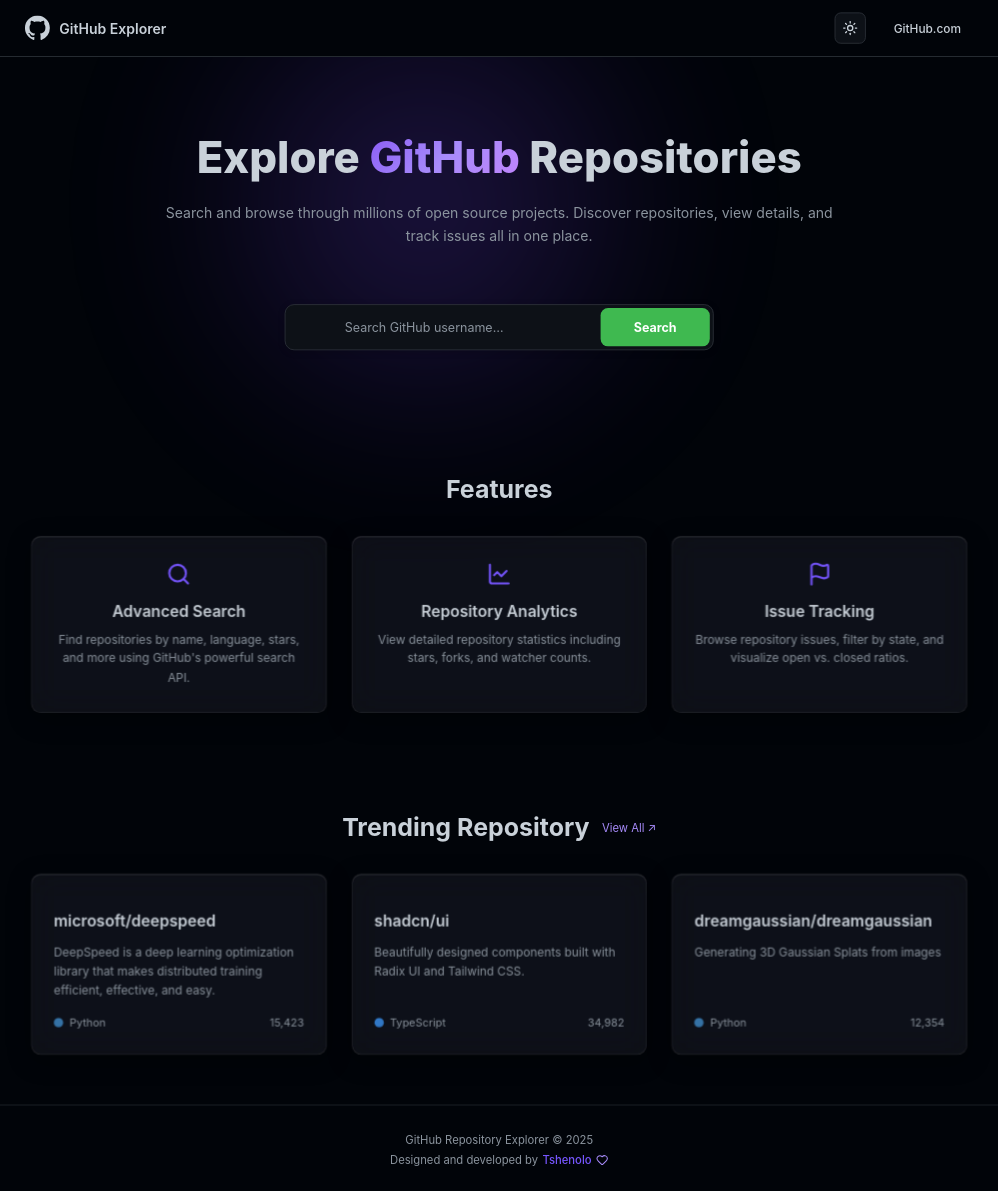
Repository: Tshenolo1994/username-repo
Page: /
These files come from the project's save history. The page is drawn as it stood at one moment and after a run of saves; the edit follows.
The browser window is 1280 px wide. The pictures show the whole page, at 78% of full size.
The project was rebuilt for these pictures with package versions that can differ from the ones it lists, and the page was loaded fresh each time. Also part of the build but not shown: vite.config.ts, src/views/RepoView.vue.

Above is the page before, as saved 2025-10-27 10:11:55.

### index.html
<!doctype html>
<html lang="en">
  <head>
    <meta charset="UTF-8" />
    <link rel="icon" type="image/svg+xml" href="/vite.svg" />
    <meta name="viewport" content="width=device-width, initial-scale=1.0" />
    <title>commit-explorer</title>
  </head>
  <body>
    <div id="app"></div>
    <script type="module" src="/src/main.ts"></script>
  </body>
</html>

### src/main.ts
import { createApp } from 'vue'
import { createPinia } from 'pinia'
import App from './App.vue'
import router from './router'
import './styles/theme.css'

createApp(App)
  .use(createPinia())
  .use(router)
  .mount('#app')

### src/App.vue
<!-- App.vue or Layout.vue -->
<script setup>
import Header from '@/components/Header.vue';
import Footer from '@/components/Footer.vue';
</script>

<template>
  <div id="app">
    <Header />
    <main>
      <router-view />
    </main>
    <Footer />
  </div>
</template>

### src/router/index.ts
import { createRouter, createWebHistory } from 'vue-router'
import HomeView from '@/views/HomeView.vue'
import RepoView from '@/views/RepoView.vue'

const router = createRouter({
  history: createWebHistory(),
  routes: [
    { path: '/', name: 'home', component: HomeView },
    { path: '/repos/:username', name: 'repos', component: RepoView, props: true },
  ],
  scrollBehavior: () => ({ top: 0 }),
})

export default router

### src/styles/theme.css
:root {

    --bg: #010409;
    --bg-elev: #0d1117;
    --border: #30363d;
    --text: #c9d1d9;
    --muted: #8b949e;
    --button-bg: #161b22;
    --button-accent: #3fb950;
    --link: #7656FE;
    --error-text: #ff7b72;
    --error-bg: rgba(248, 81, 73, 0.1);
    --empty-state-bg: rgba(13, 17, 23, 0.5);
  }

  html, body, #app {
    margin: 0;
    padding: 0;
    background: var(--bg);
    color: var(--text);
    font-family: 'Inter', system-ui, -apple-system, BlinkMacSystemFont, 'Segoe UI', sans-serif;
    transition: background 0.3s ease, color 0.3s ease;
  }

  * {
    box-sizing: border-box;
  }

  h1, h2, h3, h4, h5, h6 {
    line-height: 1.2;
    margin: 0;
  }

  p {
    margin: 0.25rem 0 0;
  }

  a {
    color: var(--link);
    text-decoration: none;
  }

  button {
    font-family: inherit;
    border: none;
    outline: none;
  }

  input, textarea, select {
    font-family: inherit;
  }

  .card {
    background: var(--bg-elev);
    border: 1px solid var(--border);
    border-radius: 0.75rem;
    padding: 1rem;
    box-shadow: 0 1px 2px rgba(0, 0, 0, 0.15);
  }

### src/components/Header.vue
<script setup lang="ts">
import { Sun, Moon } from 'lucide-vue-next';
import { useTheme } from '@/composables/useTheme';

const { isDark, toggleTheme } = useTheme();
</script>

<template>
  <header class="header">
    <div class="header-content">
      <div class="logo">
        <svg width="32" height="32" viewBox="0 0 16 16" fill="currentColor">
          <path d="M8 0C3.58 0 0 3.58 0 8c0 3.54 2.29 6.53 5.47 7.59.4.07.55-.17.55-.38 0-.19-.01-.82-.01-1.49-2.01.37-2.53-.49-2.69-.94-.09-.23-.48-.94-.82-1.13-.28-.15-.68-.52-.01-.53.63-.01 1.08.58 1.23.82.72 1.21 1.87.87 2.33.66.07-.52.28-.87.51-1.07-1.78-.2-3.64-.89-3.64-3.95 0-.87.31-1.59.82-2.15-.08-.2-.36-1.02.08-2.12 0 0 .67-.21 2.2.82.64-.18 1.32-.27 2-.27.68 0 1.36.09 2 .27 1.53-1.04 2.2-.82 2.2-.82.44 1.1.16 1.92.08 2.12.51.56.82 1.27.82 2.15 0 3.07-1.87 3.75-3.65 3.95.29.25.54.73.54 1.48 0 1.07-.01 1.93-.01 2.2 0 .21.15.46.55.38A8.013 8.013 0 0016 8c0-4.42-3.58-8-8-8z"/>
        </svg>
        <span class="logo-text">GitHub Explorer</span>
      </div>

      <nav class="nav">
        <button @click="toggleTheme" class="theme-toggle" :aria-label="isDark ? 'Switch to light mode' : 'Switch to dark mode'">
          <Sun v-if="isDark" :size="20" />
          <Moon v-else :size="20" />
        </button>
        <a href="https://github.com" target="_blank" rel="noreferrer" class="github-link">
          GitHub.com
        </a>
      </nav>
    </div>
  </header>
</template>

<style scoped>
.header {
  background: var(--bg);
  border-bottom: 1px solid var(--border);
  padding: 1rem 2rem;
  position: sticky;
  top: 0;
  z-index: 100;
  backdrop-filter: blur(8px);
  transition: background 0.3s, border-color 0.3s;
}

.header-content {
  max-width: 1400px;
  margin: 0 auto;
  display: flex;
  justify-content: space-between;
  align-items: center;
}

.logo {
  display: flex;
  align-items: center;
  gap: 0.75rem;
  color: var(--text);
  font-weight: 600;
  font-size: 1.125rem;
  cursor: pointer;
  transition: color 0.2s;
}

.logo:hover {
  color: var(--link);
}

.logo svg {
  flex-shrink: 0;
}

.logo-text {
  font-weight: 600;
}

.nav {
  display: flex;
  align-items: center;
  gap: 1.25rem;
}

.theme-toggle {
  background: var(--bg-elev);
  border: 1px solid var(--border);
  border-radius: 8px;
  width: 40px;
  height: 40px;
  display: flex;
  align-items: center;
  justify-content: center;
  cursor: pointer;
  color: var(--text);
  transition: all 0.2s;
}

.theme-toggle:hover {
  background: var(--border);
  transform: rotate(15deg);
}

.github-link {
  color: var(--text);
  text-decoration: none;
  font-size: 0.95rem;
  font-weight: 500;
  padding: 0.5rem 1rem;
  border-radius: 6px;
  transition: all 0.2s;
}

.github-link:hover {
  color: var(--link);
  background: var(--bg-elev);
}

@media (max-width: 640px) {
  .header {
    padding: 1rem;
  }

  .logo-text {
    display: none;
  }
}
</style>

### src/components/Footer.vue
<script setup lang="ts">
import { Heart } from 'lucide-vue-next';

const currentYear = new Date().getFullYear();
</script>

<template>
  <footer class="footer">
    <div class="footer-content">
      <p class="footer-text">
        GitHub Repository Explorer © {{ currentYear }}
      </p>
      <p class="footer-credits">
        Designed and developed by <a href="#" class="footer-link">Tshenolo</a>
        <Heart :size="16" class="heart-icon" />
      </p>
    </div>
  </footer>
</template>

<style scoped>
.footer {
  background: var(--bg);
  border-top: 1px solid var(--border);
  padding: 2rem;
  margin-top: auto;
  transition: background 0.3s, border-color 0.3s;
}

.footer-content {
  max-width: 1400px;
  margin: 0 auto;
  text-align: center;
}

.footer-text {
  color: var(--muted);
  font-size: 0.9rem;
  margin-bottom: 0.5rem;
}

.footer-credits {
  color: var(--muted);
  font-size: 0.9rem;
  margin: 0;
  display: flex;
  align-items: center;
  justify-content: center;
  gap: 0.35rem;
}

.heart-icon {
  color: #a78bfa;
  fill: none;
}

.footer-link {
  color: var(--link);
  text-decoration: none;
  font-weight: 500;
  transition: opacity 0.2s;
}

.footer-link:hover {
  opacity: 0.8;
}

@media (max-width: 640px) {
  .footer {
    padding: 1.5rem 1rem;
  }

  .footer-text,
  .footer-credits {
    font-size: 0.85rem;
  }
}
</style>

### src/views/HomeView.vue
<script setup lang="ts">
import { ref } from "vue";
import { useRouter } from "vue-router";
import { Search, LineChart, Flag } from "lucide-vue-next";

import SearchBar from '@/components/SearchBar.vue';
const features = ref([
  {
    id: 1,
    icon: Search,
    title: "Advanced Search",
    description: "Find repositories by name, language, stars, and more using GitHub's powerful search API.",
  },
  {
    id: 2,
    icon: LineChart,
    title: "Repository Analytics",
    description: "View detailed repository statistics including stars, forks, and watcher counts.",
  },
  {
    id: 3,
    icon: Flag,
      title: "Issue Tracking",
    description: "Browse repository issues, filter by state, and visualize open vs. closed ratios.",
  },
]);


const trendingRepos = ref([
  {
    id: 1,
    name: "microsoft/deepspeed",
    stars: 15423,
    description:
      "DeepSpeed is a deep learning optimization library that makes distributed training efficient, effective, and easy.",
    language: "Python",
  },
  {
    id: 2,
    name: "shadcn/ui",
    stars: 34982,
    description:
      "Beautifully designed components built with Radix UI and Tailwind CSS.",
    language: "TypeScript",
  },
  {
    id: 3,
    name: "dreamgaussian/dreamgaussian",
    stars: 12354,
    description: "Generating 3D Gaussian Splats from images",
    language: "Python",
  },
]);

const router = useRouter();
const username = ref("");

function search() {
  if (username.value.trim()) {
    router.push(`/repos/${username.value.trim()}`);
  }
}

function getLangColor(lang: string): string {
  const colors: Record<string, string> = {
    JavaScript: "#f1e05a",
    TypeScript: "#3178c6",
    Python: "#3572A5",
    Java: "#b07219",
    Go: "#00ADD8",
    Ruby: "#701516",
  };
  return colors[lang] || "#6e7681";
}
</script>

<template>
  <div class="home-page">
    <div class="gradient-ball"></div>

    <section class="hero">
      <div class="hero-content">
        <h1 class="hero-title">
          Explore <span class="gradient-text">GitHub</span> Repositories
        </h1>
        <p class="hero-sub">
          Search and browse through millions of open source projects. Discover
          repositories, view details, and track issues all in one place.
        </p>

        <div class="search-box">
            <div class="search-wrapper">
        <SearchBar />
      </div>
        </div>
      </div>
    </section>

    <!-- Features -->
    <section class="section">
      <div class="section-header">
        <h2>Features</h2>
      </div>

      <div class="grid">
        <div
          v-for="feature in features"
          :key="feature.id"
          class="card glass"
        >
          <component :is="feature.icon" class="icon" :size="32" />
          <h3>{{ feature.title }}</h3>
          <p>{{ feature.description }}</p>
        </div>
      </div>
    </section>

    <!-- Trending -->
    <section class="section">
      <div class="section-header">
        <h2>Trending Repository</h2>
        <a
          href="https://github.com/trending"
          target="_blank"
          rel="noreferrer"
          class="view-all"
        >
          View All ↗
        </a>
      </div>

      <div class="grid">
        <div
          v-for="repo in trendingRepos"
          :key="repo.id"
          class="card glass repo-card"
        >
          <h3 class="repo-name">{{ repo.name }}</h3>
          <p class="repo-desc">{{ repo.description }}</p>
          <div class="repo-meta">
            <div class="lang">
              <span
                class="dot"
                :style="{ backgroundColor: getLangColor(repo.language) }"
              ></span>
              <span>{{ repo.language }}</span>
            </div>
            <div class="stars">
              <svg
                class="star"
                fill="currentColor"
                viewBox="0 0 16 16"
              >
                <path
                  d="M8 .25a.75.75 0 01.673.418l1.882 3.815 4.21.612a.75.75 0 01.416 1.279l-3.046 2.97.719 4.192a.75.75 0 01-1.088.791L8 12.347l-3.766 1.98a.75.75 0 01-1.088-.79l.72-4.194L.818 6.374a.75.75 0 01.416-1.28l4.21-.611L7.327.668A.75.75 0 018 .25z"
                />
              </svg>
              {{ repo.stars.toLocaleString() }}
            </div>
          </div>
        </div>
      </div>
    </section>
  </div>
</template>

<style scoped>
.home-page {
  background: var(--bg);
  color: var(--text);
  min-height: 100vh;
  width: 100%;
  overflow-x: hidden;
  position: relative;
  transition: background 0.3s, color 0.3s;
}

.gradient-ball {
  position: absolute;
  top: -100px;
  left: 50%;
  transform: translateX(-50%);
  width: 600px;
  height: 600px;
  border-radius: 50%;
  background: radial-gradient(circle at center, var(--link) 0%, rgba(124, 58, 237, 0.6) 30%, transparent 70%);
  opacity: 0.3;
  filter: blur(100px);
  z-index: 0;
  animation: float 15s ease-in-out infinite;
  transition: background 0.3s;
}

@keyframes float {
  0% {
    transform: translate(-50%, 0) scale(1);
  }
  25% {
    transform: translate(-80%, -40px) scale(1.2);
  }
  50% {
    transform: translate(-20%, 80px) scale(0.85);
  }
  75% {
    transform: translate(-70%, 30px) scale(1.15);
  }
  100% {
    transform: translate(-50%, 0) scale(1);
  }
}

/* Hero Section */
.hero {
  padding: 6rem 2rem 4rem;
  position: relative;
  z-index: 10;
}

.hero-content {
  max-width: 900px;
  margin: 0 auto;
  text-align: center;
}

.hero-title {
  font-size: 3.5rem;
  font-weight: 800;
  margin-bottom: 1.5rem;
  line-height: 1.2;
}

.gradient-text {
  background: linear-gradient(135deg, #8b5cf6 0%, #a78bfa 50%, #c084fc 100%);
  -webkit-background-clip: text;
  -webkit-text-fill-color: transparent;
  background-clip: text;
}

.hero-sub {
  color: var(--muted);
  font-size: 1.125rem;
  margin-bottom: 2.5rem;
  line-height: 1.6;
}

.search-box {
  display: flex;
  justify-content: center;
  gap: 0.75rem;
  max-width: 600px;
  margin: 0 auto;
}

.search-input {
  padding: 0.875rem 1.25rem;
  border-radius: 8px;
  flex: 1;
  background: var(--bg-elev);
  color: var(--text);
  border: 1px solid var(--border);
  font-size: 0.95rem;
  transition: all 0.2s;
}

.search-input:focus {
  outline: none;
  border-color: var(--link);
  background: var(--bg-elev);
}

.search-input::placeholder {
  color: var(--muted);
}

.search-btn {
  background: var(--button-accent);
  color: white;
  padding: 0.875rem 2rem;
  border-radius: 8px;
  font-weight: 600;
  cursor: pointer;
  border: none;
  font-size: 0.95rem;
  transition: all 0.2s;
}

/* .search-btn:hover {
  background: #2ea043;
  transform: translateY(-1px);
} */

/* Shared Section Styling */
.section {
  padding: 4rem 2rem;
  position: relative;
  z-index: 10;
}

.section-header {
  display: flex;
  align-items: center;
  justify-content: center;
  gap: 1rem;
  margin-bottom: 2.5rem;
}

.section-header h2 {
  font-size: 2rem;
  font-weight: 700;
  color: var(--text);
}

.view-all {
  color: #a78bfa;
  font-size: 0.9rem;
  text-decoration: none;
  display: flex;
  align-items: center;
  gap: 0.25rem;
  transition: all 0.2s;
}

.view-all:hover {
  color: #c084fc;
  transform: translateX(2px);
}

/* Grid + Cards */
.grid {
  display: grid;
  grid-template-columns: repeat(3, 1fr);
  gap: 2rem;
  max-width: 1200px;
  margin: 0 auto;
}

@media (max-width: 980px) {
  .grid {
    grid-template-columns: 1fr;
  }
  .hero-title {
    font-size: 2.5rem;
  }
}

.card {
  padding: 2rem 1.75rem;
  border-radius: 12px;
  text-align: center;
  transition: all 0.3s ease;
}

.card:hover {
  transform: translateY(-6px);
}

/* Glass look */
.glass {
  background: rgba(255, 255, 255, 0.05);
  border: 1px solid rgba(255, 255, 255, 0.1);
  backdrop-filter: blur(20px) saturate(180%);
  box-shadow: 0 8px 32px rgba(0, 0, 0, 0.4),
              inset 0 1px 0 rgba(255, 255, 255, 0.1);
  transition: all 0.3s ease;
}

[data-theme="light"] .glass {
  background: rgba(255, 255, 255, 0.7);
  border: 1px solid rgba(255, 255, 255, 0.3);
  backdrop-filter: blur(20px) saturate(180%);
  box-shadow: 0 8px 32px rgba(0, 0, 0, 0.1),
              inset 0 1px 0 rgba(255, 255, 255, 0.5);
}

.glass:hover {
  background: rgba(255, 255, 255, 0.08);
  border: 1px solid rgba(255, 255, 255, 0.15);
  box-shadow: 0 12px 40px rgba(0, 0, 0, 0.5),
              inset 0 1px 0 rgba(255, 255, 255, 0.15);
}

[data-theme="light"] .glass:hover {
  background: rgba(255, 255, 255, 0.85);
  border: 1px solid rgba(255, 255, 255, 0.4);
  box-shadow: 0 12px 40px rgba(0, 0, 0, 0.15),
              inset 0 1px 0 rgba(255, 255, 255, 0.6);
}

.card h3 {
  font-size: 1.25rem;
  font-weight: 600;
  margin: 1rem 0 0.75rem;
  color: var(--text);
}

.card p {
  color: var(--muted);
  font-size: 0.95rem;
  line-height: 1.6;
}

.icon {
  color: var(--link);
  margin: 0 auto;
}

/* Trending Repo cards */
.repo-card {
  text-align: left;
  display: flex;
  flex-direction: column;
}

.repo-name {
  color: var(--link);
  font-weight: 600;
  font-size: 1.1rem;
  margin: 0 0 0.75rem 0;
  transition: color 0.2s;
  min-height: 1.5rem;
}

.repo-card:hover .repo-name {
  color: var(--link);
  opacity: 0.8;
}

.repo-desc {
  color: var(--muted);
  font-size: 0.9rem;
  margin-bottom: 1.25rem;
  line-height: 1.5;
  flex: 1;
  min-height: 3rem;
}

.repo-meta {
  display: flex;
  justify-content: space-between;
  align-items: center;
  font-size: 0.875rem;
  color: var(--muted);
  margin-top: auto;
}

.lang {
  display: flex;
  align-items: center;
}

.dot {
  display: inline-block;
  width: 12px;
  height: 12px;
  border-radius: 50%;
  margin-right: 0.5rem;
}

.stars {
  display: flex;
  align-items: center;
  gap: 0.35rem;
}
F
.star {
  width: 16px;
  height: 16px;
  color: #fbbf24;
}
</style>

### src/composables/useTheme.ts
import { ref, onMounted, watch } from 'vue';

export const darkTheme = {
  background: '#010409',
  surface: '#0d1117',
  border: '#30363d',
  text: '#c9d1d9',
  secondaryText: '#8b949e',
  buttonBg: '#161b22',
  buttonAccent: '#3fb950',
  linkColor: '#7656FE',
  errorText: '#ff7b72',
  errorBackground: 'rgba(248, 81, 73, 0.1)',
  emptyStateBackground: 'rgba(13, 17, 23, 0.5)',
};

export const lightTheme = {
  background: '#f6f6f6',
  surface: '#fbfefb',
  border: '#d0d7de',
  text: '#24292f',
  secondaryText: '#57606a',
  buttonBg: '#f6f8fa',
  buttonAccent: '#3fb950',
  linkColor: '#7656FE',
  errorText: '#cf222e',
  errorBackground: 'rgba(248, 81, 73, 0.05)',
  emptyStateBackground: 'rgba(246, 248, 250, 0.5)',
};

type Theme = typeof darkTheme;

const isDark = ref(true);

export function useTheme() {
  const theme = ref<Theme>(darkTheme);

  const applyTheme = (themeObj: Theme) => {
    const root = document.documentElement;
    root.style.setProperty('--bg', themeObj.background);
    root.style.setProperty('--bg-elev', themeObj.surface);
    root.style.setProperty('--border', themeObj.border);
    root.style.setProperty('--text', themeObj.text);
    root.style.setProperty('--muted', themeObj.secondaryText);
    root.style.setProperty('--button-bg', themeObj.buttonBg);
    root.style.setProperty('--button-accent', themeObj.buttonAccent);
    root.style.setProperty('--link', themeObj.linkColor);
    root.style.setProperty('--error-text', themeObj.errorText);
    root.style.setProperty('--error-bg', themeObj.errorBackground);
    root.style.setProperty('--empty-state-bg', themeObj.emptyStateBackground);
  };

  const toggleTheme = () => {
    isDark.value = !isDark.value;
    theme.value = isDark.value ? darkTheme : lightTheme;
    applyTheme(theme.value);
    localStorage.setItem('theme', isDark.value ? 'dark' : 'light');
  };

  const initTheme = () => {
    const savedTheme = localStorage.getItem('theme');
    if (savedTheme) {
      isDark.value = savedTheme == 'dark';
    } else {
      isDark.value = true;
    }
    theme.value = isDark.value ? darkTheme : lightTheme;
    applyTheme(theme.value);
  };

  onMounted(() => {
    initTheme();
  });

  return {
    isDark,
    theme,
    toggleTheme,
  };
}

### src/components/SearchBar.vue
<script setup lang="ts">
import { ref } from "vue";
import { useRouter } from "vue-router";

const router = useRouter();
const username = ref("");
const validationError = ref("");

const searchUser = () => {
    validationError.value = "";

    if (!username.value.trim()) {
        validationError.value = "Please enter a username";
        return;
    }

    const usernamePattern = /^[a-zA-Z0-9-]+$/;
    if (!usernamePattern.test(username.value)) {
        validationError.value =
            "Username can only contain letters, numbers, and hyphens";
        return;
    }

    const user = username.value.trim();
    router.push(`/repos/${user}`);
    username.value = "";
};
</script>

<template>
    <div class="search">
        <form @submit.prevent="searchUser" class="search__form">
            <input v-model="username" placeholder="Search GitHub username…" class="search__input" required />
            <button type="submit" class="search__btn">Search</button>
        </form>
        <p v-if="validationError" class="search__error">{{ validationError }}</p>
    </div>
</template>

<style scoped>
.search {
    width: 100%;
    display: flex;
    justify-content: center;
    padding: 0 1rem;
    margin: 2rem 0;
}

.search__form {
    display: flex;
    align-items: center;
    gap: 0.5rem;
    width: min(100%, 1280px);
    background: var(--bg-elev);
    border: 1px solid var(--border);
    border-radius: 0.75rem;
    padding: 0.25rem;
    box-shadow: 0 2px 10px rgba(0, 0, 0, 0.18);
    flex-wrap: nowrap;
}

.search__input {
    flex: 999 1 0;
    min-width: 0;
    background: transparent;
    border: none;
    color: var(--text);
    font-size: 1rem;
    padding: 0.9rem 4.5rem;
    border-radius: 0.6rem;
    outline: none;
}

.search__input::placeholder {
    color: var(--muted);
}

.search__input:focus {
    box-shadow: inset 0 0 0 1px var(--border);
}

.search__btn {
    flex: 0 0 auto;
    min-width: 140px;
    background: var(--button-accent);
    color: #fff;
    padding: 0.9rem 1.25rem;
    font-weight: 700;
    border-radius: 0.6rem;
    font-size: 1rem;
    border: none;
    cursor: pointer;
    transition: filter 0.15s ease;
}

.search__btn:hover {
    filter: brightness(0.95);
}

.search__error {
    color: var(--error-text);
    background: var(--error-bg);
    padding: 0.55rem 0.8rem;
    border-radius: 0.6rem;
    font-size: 0.9rem;
    margin-top: 0.6rem;
    width: min(100%, 1280px);
    text-align: center;
}

@media (max-width: 640px) {
    .search__form {
        flex-direction: column;
        align-items: stretch;
        padding: 0.5rem;
    }

    .search__btn {
        width: 100%;
        min-width: 0;
    }
}
</style>

After the next 2 saves:
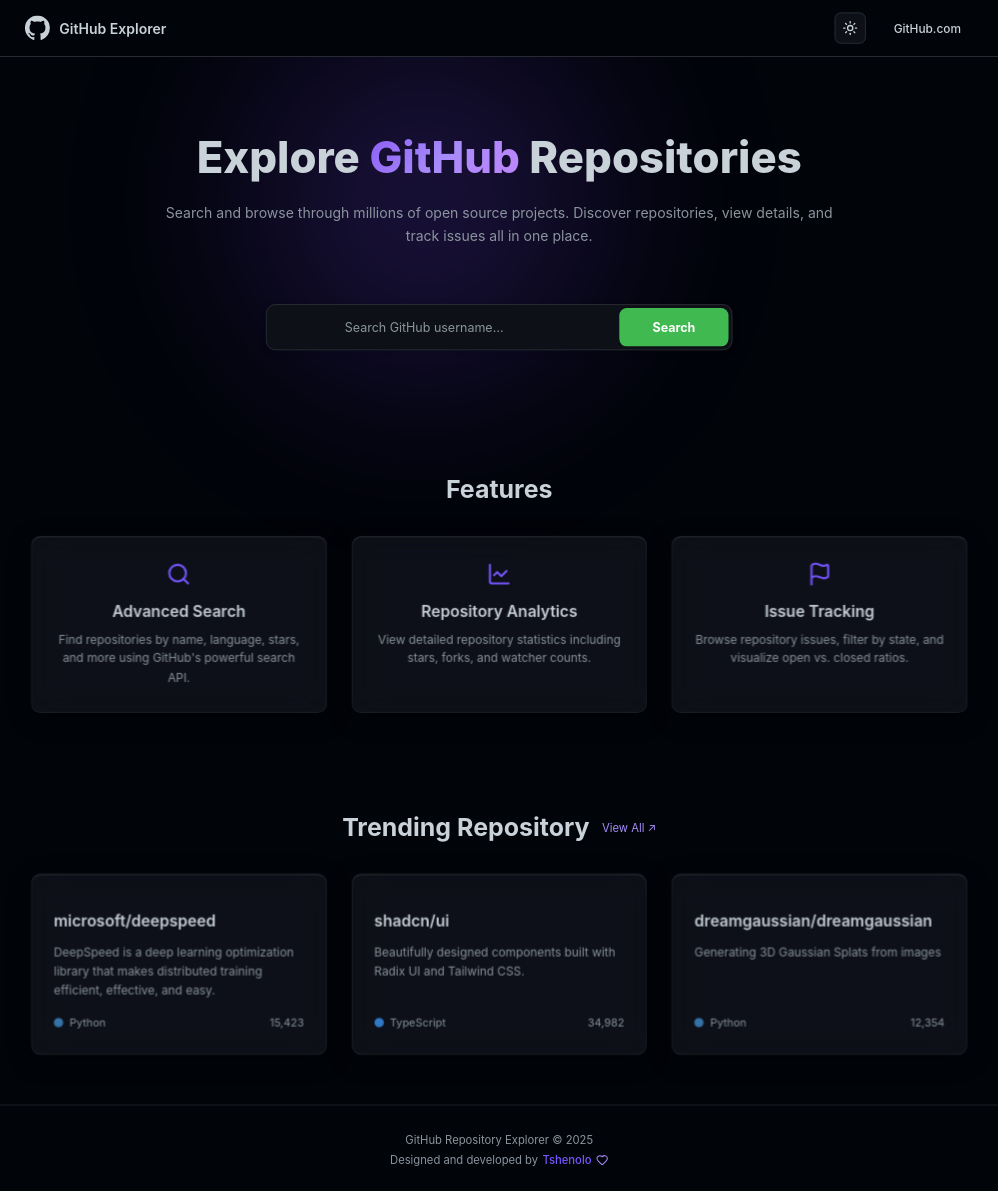
The 2 saves are shown as one change because they came seconds apart.
The last was saved 6 s later.
--- a/src/components/SearchBar.vue
+++ b/src/components/SearchBar.vue
@@ -66,7 +66,7 @@
     border: none;
     color: var(--text);
     font-size: 1rem;
-    padding: 0.9rem 4.5rem;
+    padding: 0.9rem 6rem;
     border-radius: 0.6rem;
     outline: none;
 }
